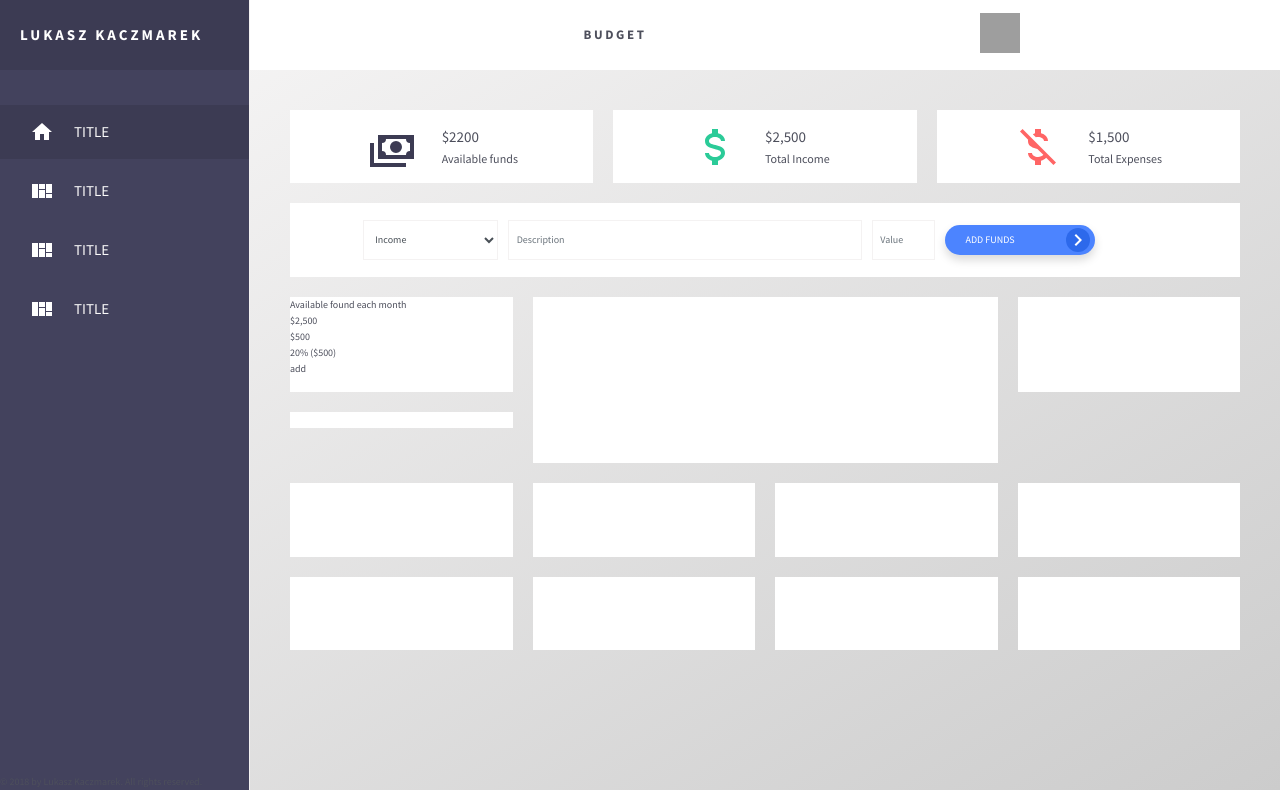
Repository: Archezi/BudgetApplication
Page: index.html
The author's editor kept a copy of each file at every save. The page is drawn from the files as they stood at one save, then again after the next save.
The browser window is 1280 px wide. The pictures show the whole page.
Pictures or frames that could not be fetched are drawn as grey boxes. The style sheet was rebuilt from its Sass, Less or Tailwind sources for each picture, by a compiler version that may differ from the author's.

Above is the page before, as saved 2018-08-30 08:19:54.
Console error: TypeError: $(...).formSelect is not a function

After the next save:
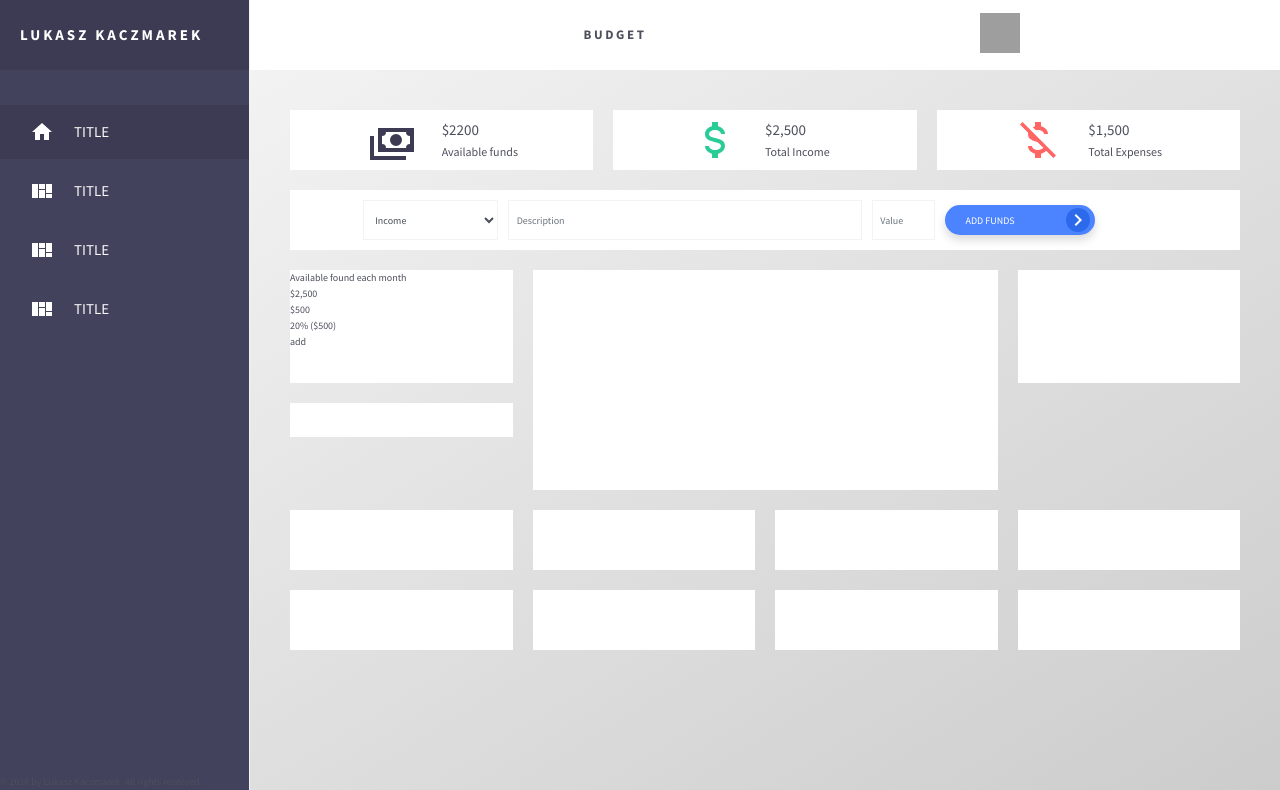
Saved 13 s later.
--- a/sass/components/_layout.scss
+++ b/sass/components/_layout.scss
@@ -191,7 +191,7 @@
         display: grid;
         grid-gap: 2rem;
         grid-template-columns: repeat(4, 1fr);
-        grid-row: span 2;
+        grid-row: span 3;
         & > * {
             background: var(--color-white);
         }
